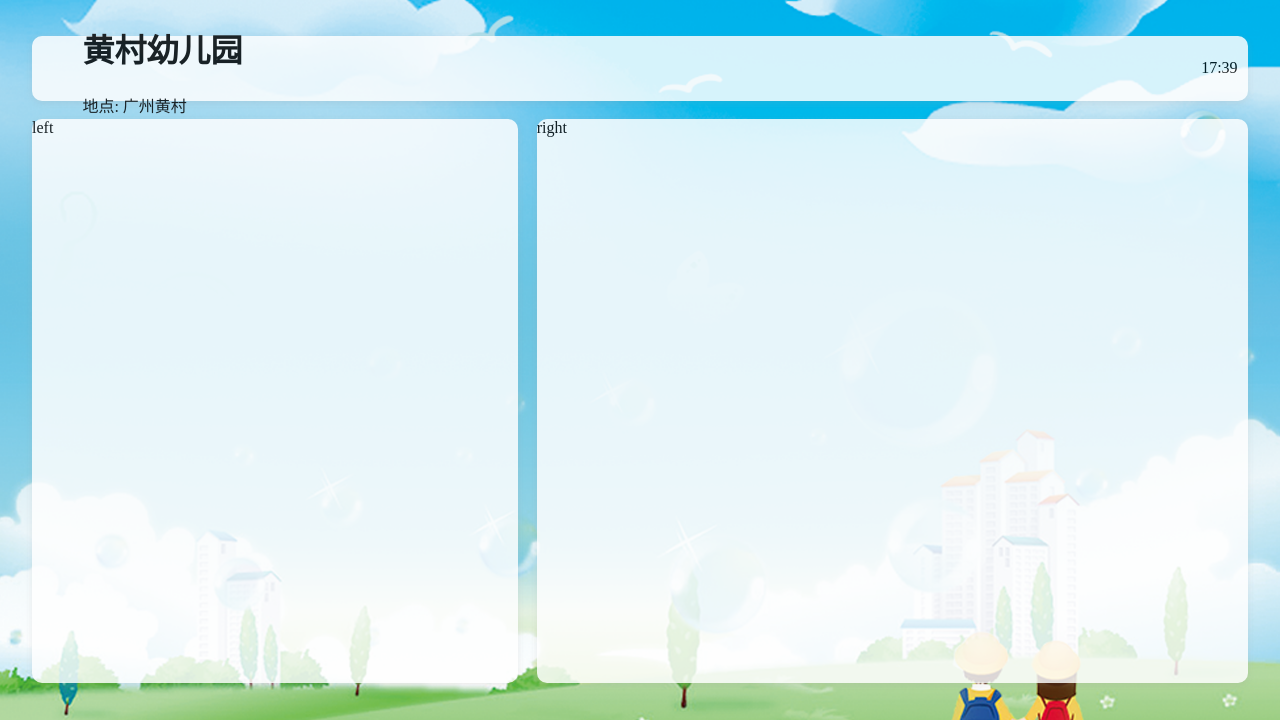
Repository: huangdesheng/classBrand
Page: / (app in classBrand/)
An editor plug-in stored every save of this project. The page is shown before and after the next save, followed by the edit.
The browser window is 1280 px wide. The pictures show the whole page.
The project was rebuilt for these pictures with package versions that can differ from the ones it lists, and the page was loaded fresh each time.

Above is the page before, as saved 2019-08-23 10:07:26.

### classBrand/index.html
<!DOCTYPE html>
<html>

<head>
  <meta charset="utf-8">
  <meta name="viewport" content="width=device-width,initial-scale=1.0">
  <meta name="viewport"
    content="width=device-width, user-scalable=no, initial-scale=1.0, maximum-scale=1.0, minimum-scale=1.0">
  <meta name="x5-orientation" content="portrait">
  <!-- QQ应用模式 -->
  <meta name="x5-page-mode" content="app">
  <!-- windows phone 点击无高光 -->
  <meta name="msapplication-tap-highlight" content="no">
  <meta content=yes name=apple-mobile-web-app-capable>
  <meta content=yes name=apple-touch-fullscreen>
  <!-- 禁止将页面中的数字识别为电话号码 -->
  <meta name="format-detection" content="telephone=no,email=no">
  <title>classbrand</title>
</head>

<body>
  <div id="app"></div>
  <!-- built files will be auto injected -->
</body>

</html>

### classBrand/src/main.js
// The Vue build version to load with the `import` command
// (runtime-only or standalone) has been set in webpack.base.conf with an alias.
import Vue from 'vue'
import App from './App'
import router from './router'
import 'lib-flexible'

Vue.config.productionTip = false

/* eslint-disable no-new */
new Vue({
  el: '#app',
  router,
  components: {
    App
  },
  template: '<App/>'
})

### classBrand/src/App.vue
<template>
  <div id="app">
    <router-view />
  </div>
</template>

<script>
export default {
  name: "App"
};
</script>

<style lang="less">
.bt {
  width: 100vw;
  height: 100vh;
  background: url(./assets/bg/bg.png);
  background-size: 100% 100%;
  background-repeat: no-repeat;
  background-position: center;
  position: fixed;
  left: 0;
  top: 0;
  display: flex;
  justify-content: center;
  align-items: center;
}
#app {
  .bt;
}
</style>

### classBrand/src/router/index.js
import Vue from 'vue'
import Router from 'vue-router'
import index from '@/views/index'

Vue.use(Router)

export default new Router({
  routes: [{
    path: '/',
    name: 'index',
    component: index
  }]
})

### classBrand/src/views/index/index.vue
<template>
  <div id="index">
    <header>
      <ul>
        <li>
          <span></span>
          <div>
            <h1>黄村幼儿园</h1>
            <p>地点: 广州黄村</p>
          </div>
        </li>
        <li>
          <div>17:39</div>
          <div></div>
          <div></div>
        </li>
      </ul>
    </header>
    <section>
      <aside>left</aside>
      <aside>right</aside>
    </section>
  </div>
</template>

<script>
export default {};
</script>

<style lang="less" scoped>
.bt {
  background: rgba(255, 255, 255, 1);
  box-shadow: 0px 2px 7px 0px rgba(161, 157, 157, 0.23);
  opacity: 0.84;
  border-radius: 10px;
}
.flex {
  display: flex;
  justify-content: space-between;
  align-items: center;
}
#index {
  width: 95%;
  height: 90%;
  header {
    .bt;
    height: 10%;
    width: 100%;
    > ul {
      list-style: none;
      width: 95%;
      height: 100%;
      margin: 0 auto;
      display: flex;
      justify-content: space-between;
      align-items: center;
    }
  }
  section {
    .flex;
    width: 100%;
    margin-top: 1.5%;
    height: 87%;
    aside {
      .bt;
      height: 100%;
      &:nth-of-type(1) {
        width: 40%;
        margin-right: 1.5%;
      }
      &:nth-of-type(2) {
        flex: 1;
      }
    }
  }
}
</style>

After the next save:
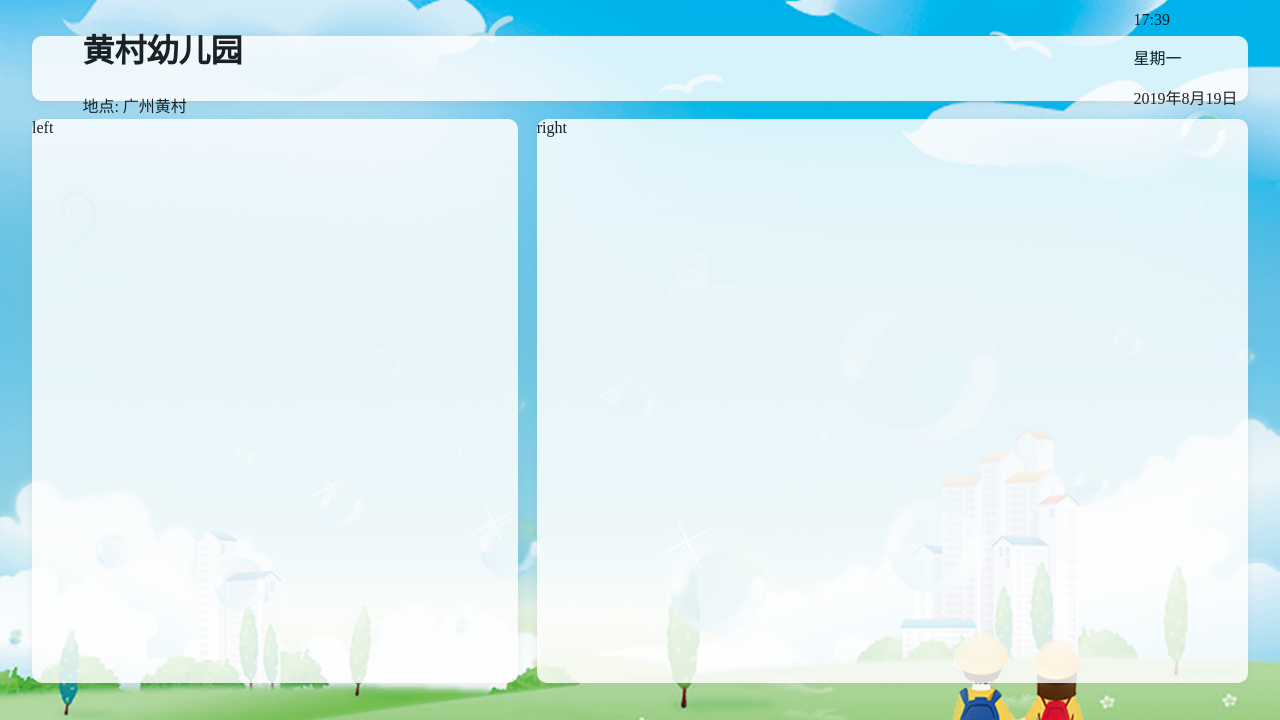
Saved 24 s later.
--- a/classBrand/src/views/index/index.vue
+++ b/classBrand/src/views/index/index.vue
@@ -11,7 +11,10 @@
         </li>
         <li>
           <div>17:39</div>
-          <div></div>
+          <div>
+              <p>星期一</p>
+              <p>2019年8月19日</p>
+          </div>
           <div></div>
         </li>
       </ul>
